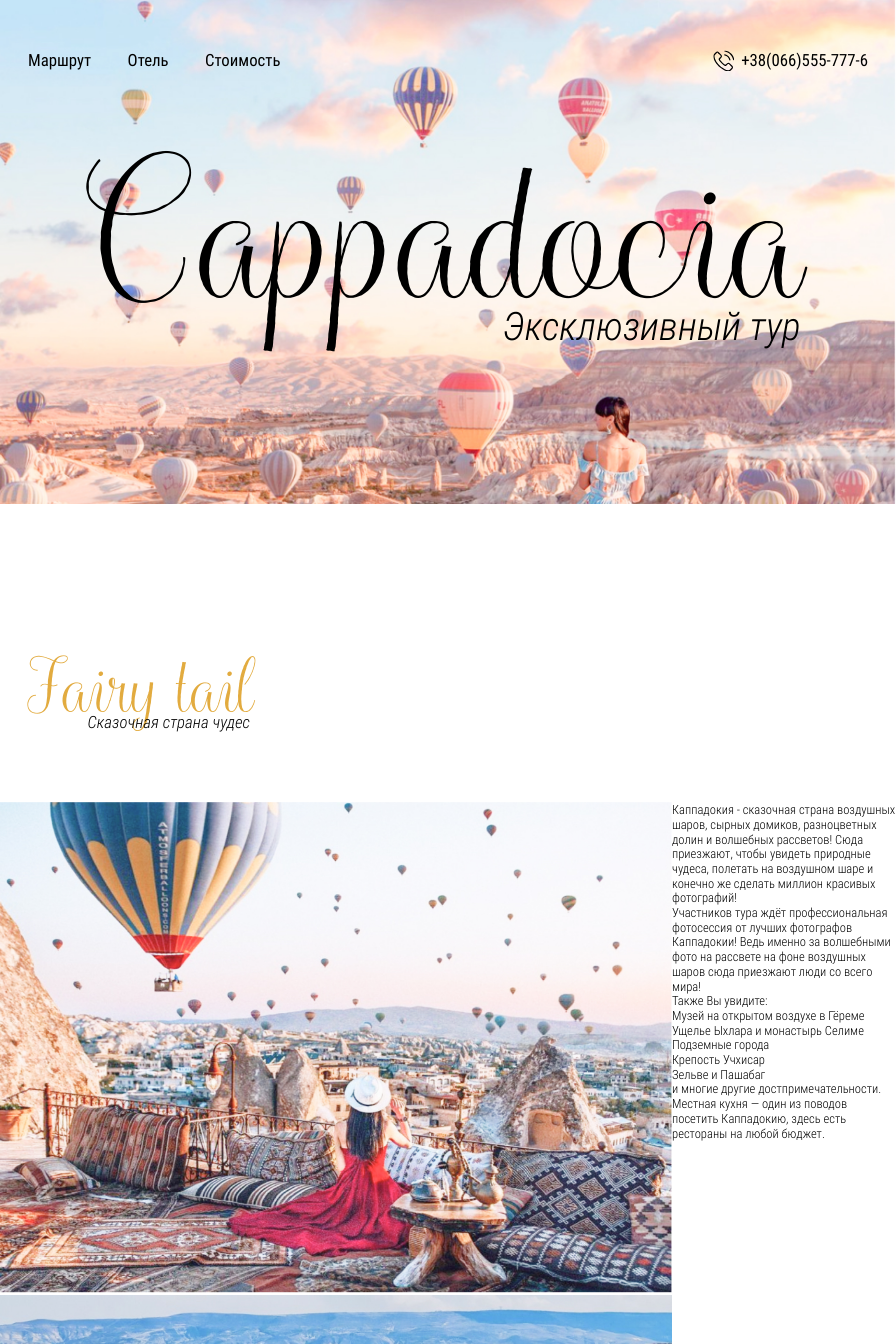
Repository: Lareeman/cappadocia
Page: index.html
An editor plug-in stored every save of this project. The page is shown before and after the next save, followed by the edit.
The browser window is 1280 px wide. The pictures show the part of the page from y = 0 to 1920 px (the page is 3458 px tall), at 70% of full size.

Above is the page before, as saved 2024-01-27 12:17:14.

### index.html
<!DOCTYPE html>
<html lang="en">

<head>
  <meta charset="UTF-8">
  <meta name="viewport" content="width=device-width, initial-scale=1.0">
  <meta http-equiv="X-UA-Compatible" content="ie=edge">
  <title>Cappadocia</title>
  <link rel="stylesheet" href="css/reset.css">
  <link rel="stylesheet" href="css/slick.css">
  <link rel="stylesheet" href="css/style.css">
</head>

<body>
  <header class="header">
    <div class="container">
      <div class="header__top">
        <nav class="menu">
          <ul class="menu__list">
            <li class="menu__item"><a class="menu__link" href="#">Маршрут</a></li>
            <li class="menu__item"><a class="menu__link" href="#">Отель</a></li>
            <li class="menu__item"><a class="menu__link" href="#">Стоимость</a></li>
          </ul>
        </nav>
        <a class="header__phone" href="tel:+380665557776">+38(066)555-777-6</a>
      </div>
      <h1 class="header__title">Cappadocia<span>Эксклюзивный тур</span></h1>
    </div>
  </header>
  <section class="fairy page-section">
    <div class="container">
      <h3 class="fairy__title title">Fairy tail
        <span>Сказочная страна чудес</span>
      </h3>
    </div>
    <div class="fairy__inner">
      <div class="fairy__slider">
        <div class="fairy__item"><img src="images/fairy-1.jpg" alt=""></div>
        <div class="fairy__item"><img src="images/fairy-2.jpg" alt=""></div>
        <div class="fairy__item"><img src="images/fairy-3.jpg" alt=""></div>
      </div>
      <div class="fairy__content">
        <div class="fairy__container">
          <div class="fairy__body">
            <p class="fairy__text">
              Каппадокия - сказочная страна воздушных шаров, сырных домиков, разноцветных долин и волшебных рассветов!
              Сюда приезжают, чтобы увидеть природные чудеса, полетать на воздушном шаре и конечно же сделать миллион красивых фотографий!
            </p>
            <p class="fairy__text">
              Участников тура ждёт профессиональная фотосессия от лучших фотографов Каппадокии!
              Ведь именно за волшебными фото на рассвете на фоне воздушных шаров сюда приезжают люди со всего мира!
            </p>
            <div class="fairy__body-title">
              Также Вы увидите:
            </div>
            <ul class="fairy__list">
              <li>Музей на открытом воздухе в Гёреме</li>
              <li>Ущелье Ыхлара и монастырь Селиме</li>
              <li>Подземные города</li>
              <li>Крепость Учхисар</li>
              <li>Зельве и Пашабаг</li>
            </ul>
            <p class="fairy__text">и многие другие достпримечательности.</p>
            <p class="fairy__text">Местная кухня — один из поводов посетить Каппадокию, здесь есть рестораны на любой бюджет.</p>
          </div>
        </div>
      </div>
    </div>
  </section>

  <script src="https://ajax.googleapis.com/ajax/libs/jquery/3.4.1/jquery.min.js"></script>
  <script src="js/slick.min.js"></script>
  <script src="js/main.js"></script>
</body>

</html>

### css/style.css
:root {
  --black: #000;
  --gold: #E2AB3F;
}

@font-face {
  font-family: 'Balqis';
  src: url('../fonts/balqis.woff2');
  src: url('../fonts/balqis.woff2') format('woff2'),
    url('../fonts/balqis.woff') format('woff');

  font-style: normal;
  font-weight: 300;
  font-display: swap;
}

@font-face {
  font-family: 'RobotoCondensed-Light';
  src: url('../fonts/RobotoCondensed-Light.woff2');
  src: url('../fonts/RobotoCondensed-Light.woff2') format('woff2'),
    url('../fonts/RobotoCondensed-Light.woff') format('woff');


  font-style: normal;
  font-weight: 300;
  font-display: swap;
}

@font-face {
  font-family: 'RobotoCondensed-LightItalic';
  src: url('../fonts/RobotoCondensed-LightItalic.woff2');
  src: url('../fonts/RobotoCondensed-LightItalic.woff2') format('woff2'),
    url('../fonts/RobotoCondensed-LightItalic.woff') format('woff');
  font-style: italic;
  font-weight: 300;
  font-display: swap;
}

@font-face {
  font-family: 'RobotoCondensed-Regular';
  src: url('../fonts/RobotoCondensed-Regular.woff2');
  src: url('../fonts/RobotoCondensed-Regular.woff2') format('woff2'),
    url('../fonts/RobotoCondensed-Regular.woff') format('woff');


  font-style: 400;
  font-weight: 300;
  font-display: swap;
}

html {
  box-sizing: border-box;
}

*,
*::before,
*::after {
  box-sizing: inherit;
}

a {
  text-decoration: none;
  color: inherit;
}

ul {
  list-style-type: none;
}

body {
  color: var(--black);
  font-family: 'RobotoCondensed-Light';
  font-size: 18px;
  font-style: normal;
  font-weight: 300;
  line-height: normal;
}

.header {
  background-image: url("../images/header-bg.jpg");
  background-size: cover;
  background-repeat: no-repeat;
  background-position: bottom center;
  min-height: 100vh;
  margin-bottom: 200px;
}

.container {
  max-width: 1230px;
  padding: 0 15px;
  margin: 0 auto;
}

.page-section {
  margin-bottom: 200px;
}

.title {
  color: var(--gold);
  font-family: Balqis;
  font-size: 96px;
  font-weight: 400;
  margin-bottom: 100px;
}

.title span {
  line-height: 28px;
  font-size: 24px;
  color: var(--black);
  font-family: 'RobotoCondensed-LightItalic';
  display: block;
  margin-top: -30px;
  margin-left: 85px;
}

.header__top {
  padding: 72px 0;
  display: flex;
  justify-content: space-between;
  align-items: center;
  font-size: 24px;
  font-weight: 400;
  font-family: 'RobotoCondensed-Regular';
}

.menu__list {
  display: flex;
  gap: 0 52px;
}

.menu__link {
  transition: all .6s;
}

.menu__link:hover {
  text-decoration: underline;
  /* border-bottom: 1px solid var(--black); */
}

.header__title {
  text-align: center;
  color: var(--black);
  font-family: "Balqis", serif;
  font-size: 250px;
  font-weight: 400;
}

.header__title span {
  text-align: right;
  margin-top: -6%;
  margin-right: 8%;
  display: block;
  font-family: 'RobotoCondensed-LightItalic';
  font-size: 56px;
  font-style: italic;
  font-weight: 300;
}

.header__phone {
  padding-left: 40px;
  position: relative;
}

.header__phone::before {
  content: "";
  position: absolute;
  width: 30px;
  height: 30px;
  left: 0;
  background-image: url('../images/phone-icon.svg');
}

.fairy {}


.fairy__title {}

.fairy__inner {
  display: flex;
}

.fairy__slider {}

.fairy__item {}

.fairy__content {}

.fairy__container {}

.fairy__body {}

.fairy__text {}

.fairy__body-title {}

.fairy__list {}

Loaded but not shown: css/reset.css (common file); css/slick.css (common file); js/slick.min.js (library); js/main.js (common file)

After the next save:
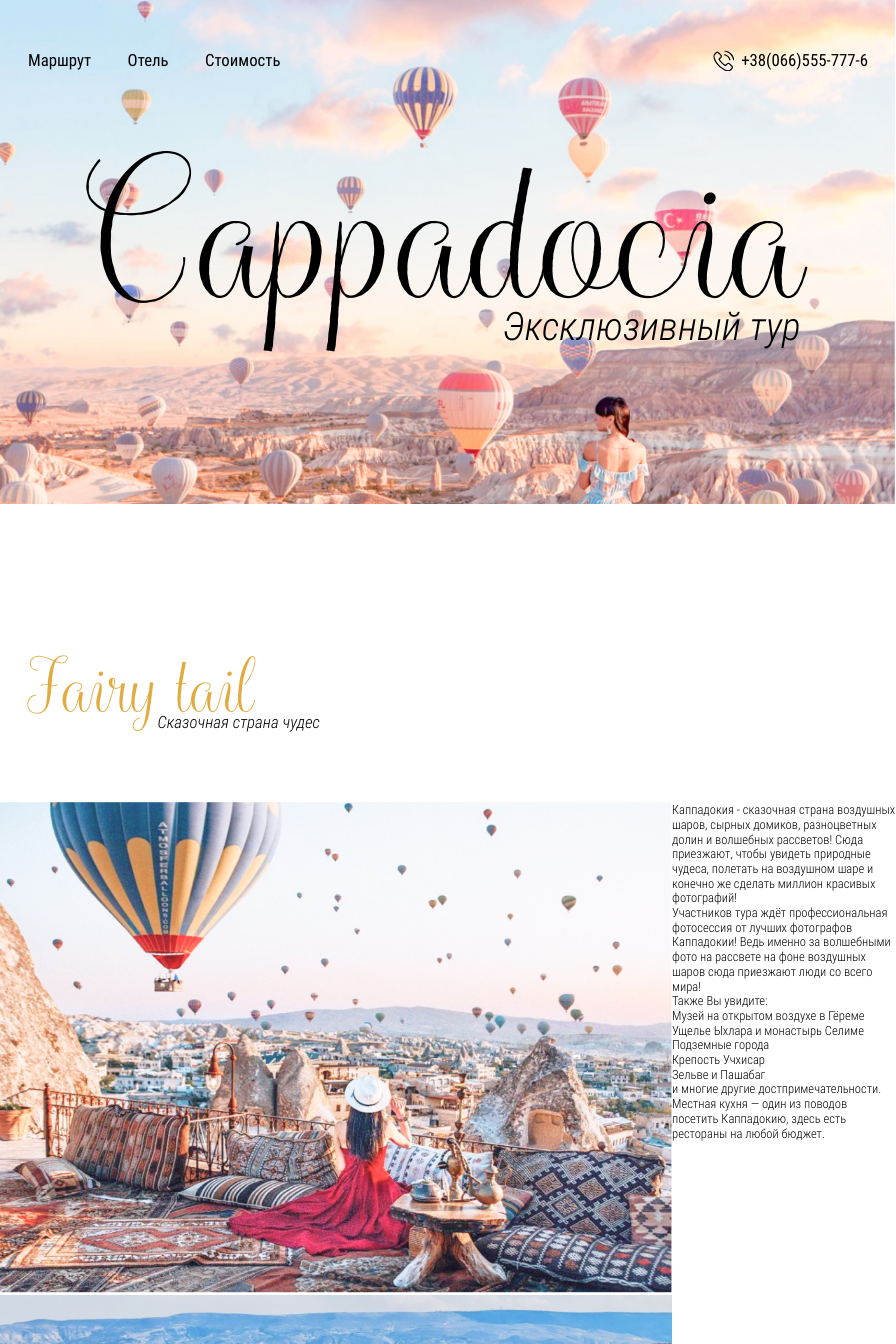
Saved 32 s later.
--- a/css/style.css
+++ b/css/style.css
@@ -110,7 +110,7 @@ body {
   font-family: 'RobotoCondensed-LightItalic';
   display: block;
   margin-top: -30px;
-  margin-left: 85px;
+  margin-left: 185px;
 }
 
 .header__top {
